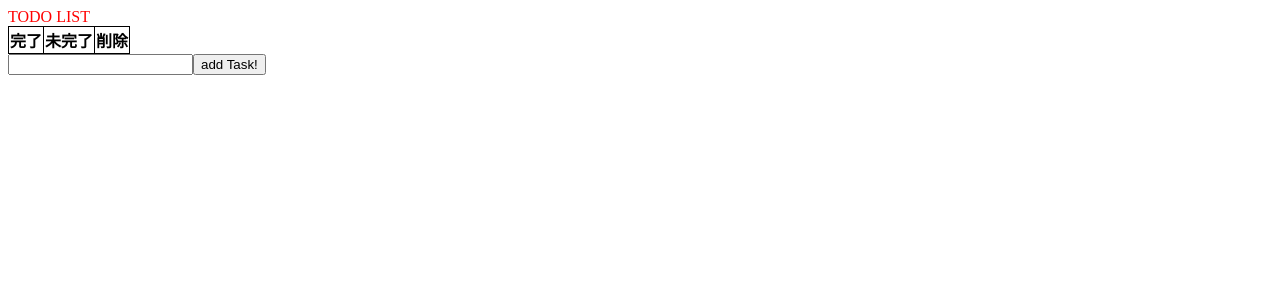
Repository: WistreHosshii/hacathon_todolList
Page: /
The author's editor kept a copy of each file at every save. The page is drawn from the files as they stood at one save, then again after the next save.
The browser window is 1280 px wide. The pictures show the whole page.
The page's requests for data from a server got no answer. The project was rebuilt for these pictures with package versions that can differ from the ones it lists, and the page was loaded fresh each time. No one was signed in, and anything a server would have sent is missing.

Above is the page before, as saved 2019-06-09 18:43:25.

### index.html
<!DOCTYPE html>
<html lang="ja">

<head>
    <meta charset="UTF-8">
    <meta name="viewport" content="width=device-width, initial-scale=1.0">
    <meta http-equiv="X-UA-Compatible" content="ie=edge">
    <title>Document</title>
    <link rel="stylesheet" href="./index.css">
</head>

<body>
    <div id="root"></div>
    <script src="./index.tsx"></script>
</body>

</html>

### index.css
.title {
    color: red;
}


table {
    border-collapse: collapse;
}

table th,
table td,
table tr {
    border: solid 1px black;
}

### App.tsx
import React, { Component } from 'react';
import { get, post, deleteTask } from './axios';
import styled from 'styled-components';

const CustomizedText = styled.div`
  font-size: 4rem;
`;

interface Props {}
interface State {
  todos: Todo[];
  value: string;
}

export default class App extends Component<Props, State> {
  constructor(props: any) {
    super(props);
    this.state = {
      todos: [],
      value: '',
    };
    this.handleChange = this.handleChange.bind(this);
  }

  componentDidMount() {
    get().then(response => {
      const todos: Todo[] = response.data.todos;
      console.log(response.data);
      this.setState({ todos });
    });
  }
  addTaskHandler() {
    if (this.state.value !== '') {
      post(this.state.value).then(response => {
        const todo: Todo = response.data;
        this.setState(state => ({ todos: [...state.todos, todo] }));
        this.setState({ value: '' });
      });
    }
    window.setTimeout(() => {
      console.log(this.state);
    }, 1000);
  }
  deleteTaskHandler(id: string) {
    deleteTask(id).then(response => {
      const todos = this.state.todos.filter(v => v.id !== id);
      this.setState({ todos });
    });
  }
  handleChange(event: any) {
    this.setState({ value: event.target.value });
  }

  render() {
    return (
      <div>
        <div className="todoList">
          <div className="title">TODO LIST</div>
          <div className="contents">
            <table>
              <tbody>
                <tr>
                  <th>完了</th>
                  <th>未完了</th>
                  <th>削除</th>
                </tr>

                {this.state.todos.map((todo, i) => {
                  return (
                    <tr key={i}>
                      <td>{todo.content}</td>
                      <td />
                      <td>
                        <button
                          onClick={() => {
                            this.deleteTaskHandler(todo.id);
                          }}
                        >
                          削除!
                        </button>
                      </td>
                    </tr>
                  );
                })}
              </tbody>
            </table>
          </div>
          <div className="computeTaskWrapper">
            <input type="text" value={this.state.value} onChange={this.handleChange} />
            <button
              className="btn"
              onClick={() => {
                this.addTaskHandler();
              }}
            >
              add Task!
            </button>
          </div>
        </div>
      </div>
    );
  }
}

### axios.tsx
import axios from 'axios';
import App from './App';

const url = 'http://hackathon-test-server.jichoup.trap.show/';
export const get = () => {
  return axios.get(url);
};
export const post = (value: string) => {
  const content: TodoList.Post.Request = { content: value };
  return axios.post(url, content);
};
export const deleteTask = (_id: string) => {
  const id: TodoList.Delete.Request = { id: _id };
  return axios.delete(url, { data: id });
};

Loaded but not shown: index.tsx (common file)

After the next save:
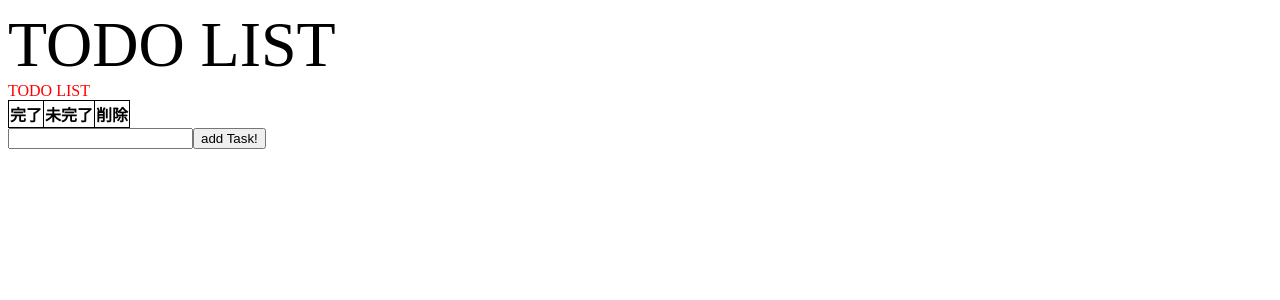
Saved 75 s later.
--- a/App.tsx
+++ b/App.tsx
@@ -55,6 +55,7 @@ export default class App extends Component<Props, State> {
     return (
       <div>
         <div className="todoList">
+          <CustomizedText>TODO LIST</CustomizedText>
           <div className="title">TODO LIST</div>
           <div className="contents">
             <table>
